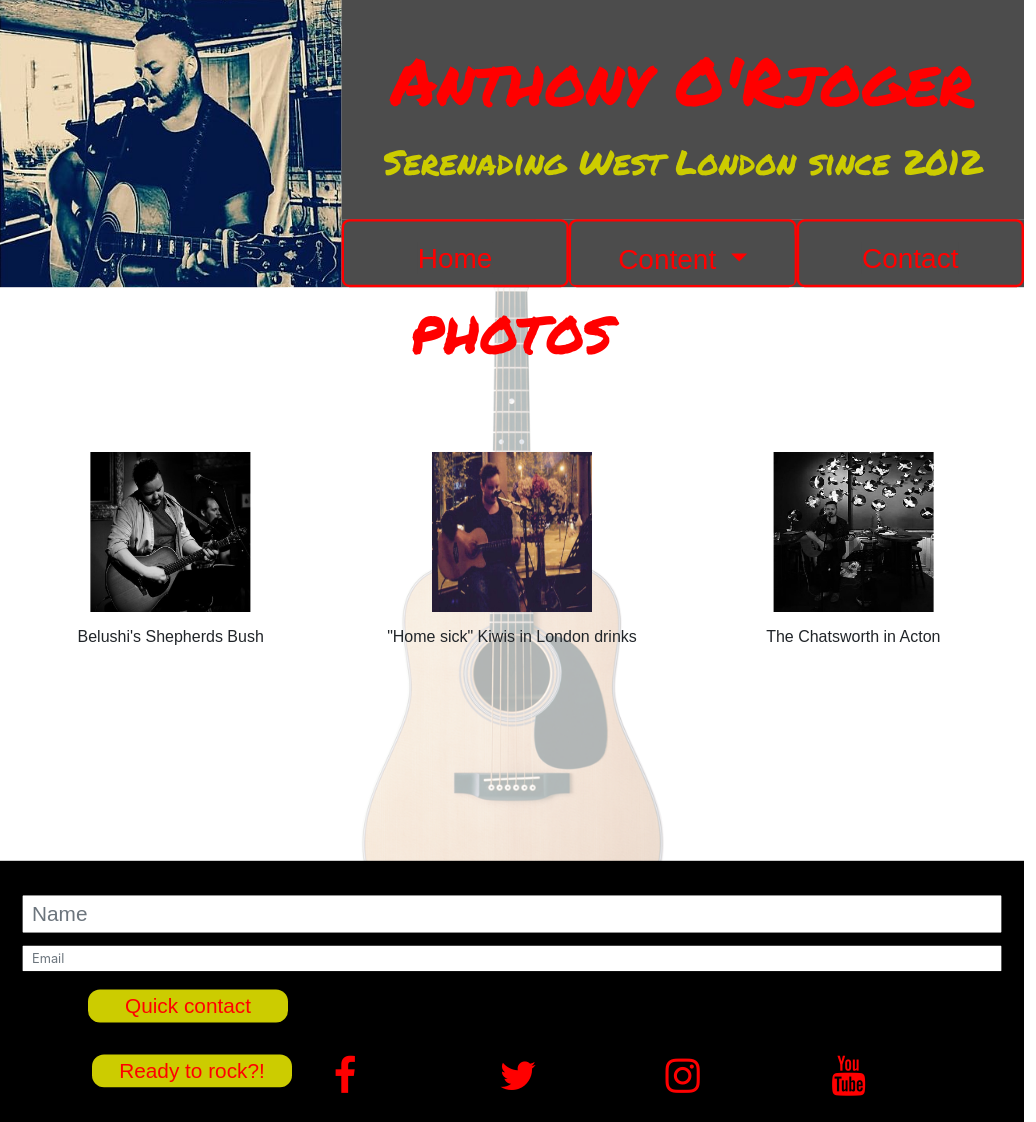
Repository: SimonGeorgeNZ/milestone_1
Page: photos.html
The author's editor kept a record of every edit. The page is drawn from the files as they stood at one moment, then again after the next edit.
The browser window is 1280 px wide. The page is 1295 px wide, so the pictures cover 1295 px, including what lies to the right of the window. The pictures show the whole page, at 80% of full size.
Some web fonts or font styles are not loaded; a fallback is used. Some web libraries are served in a nearby version.

Above is the page before.

After the next edit:
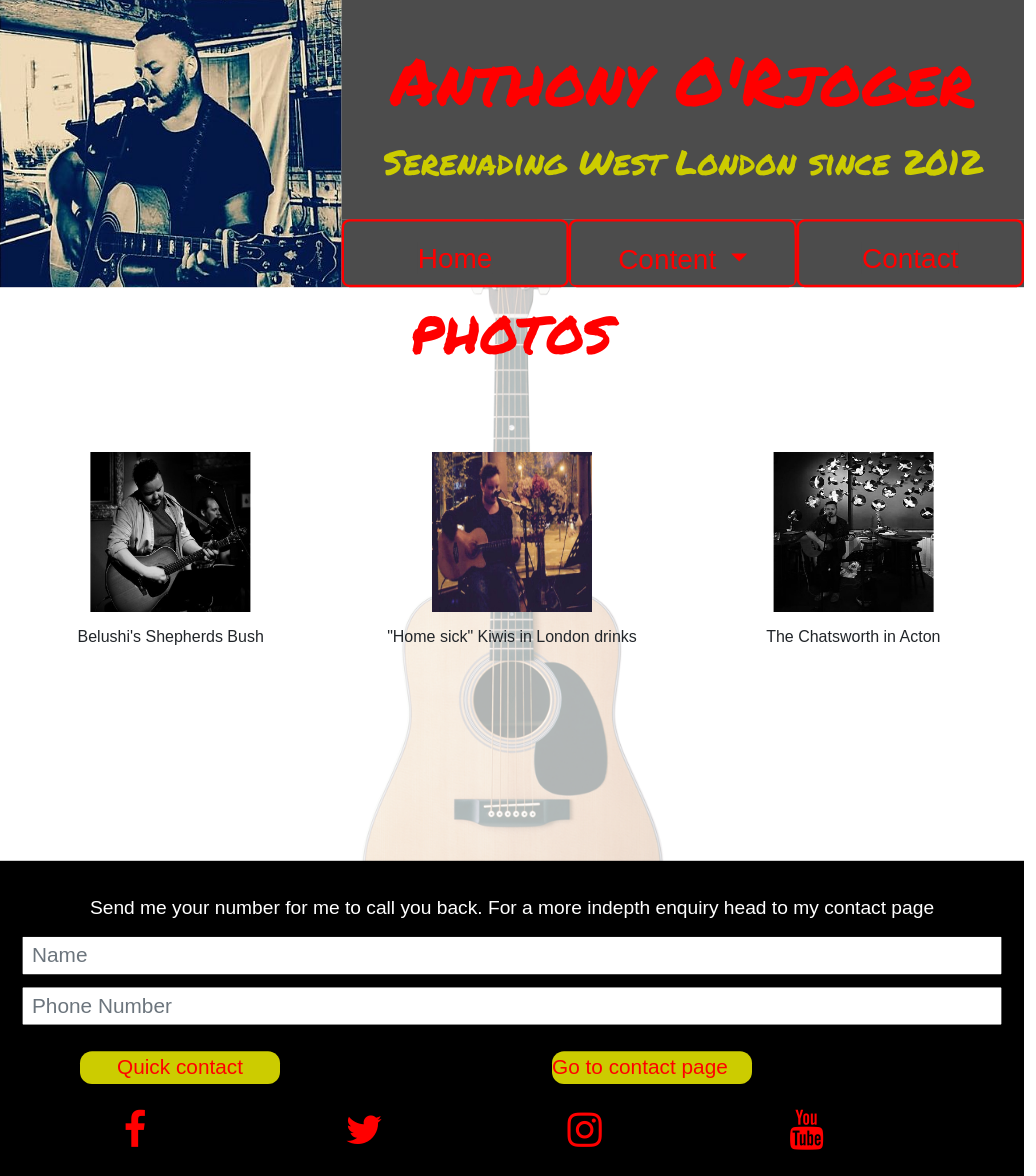
The edit:
--- a/photos.html
+++ b/photos.html
@@ -79,18 +79,20 @@
                 <form class="contact">
                     <div class="row no-gutters form">
                         <div class="col-12 contact">
+                            <div class="quickcontact" id="quickcontact">
+                                <p>Send me your number for me to call you back. For a more indepth enquiry head to my contact page</p>
+                            </div>
                             <input type="text" id="fullname" class="form-control" placeholder="Name" required />
-                            <input type="email" id="emailaddress" class="form-control" placeholder="Email" required />
-                        </div>
-                        <div class="row">
-                            <input class="submit" type="submit" value="Quick contact" data-toggle="modal" data-target="#thanks" />
-                            <input class="contactlink  d-block d-md-none" type="submit" value="Go to contact" data-toggle="modal" data-target="#thanks" />
+                            <input type="text" id="phonenumber" class="form-control" placeholder="Phone Number" required />
                         </div>
                     </div>
                 </form>
             </div>
         </div>
-        <input class="submit" type="submit" value="Ready to rock?!" data-toggle="modal" data-target="#thanks" />
+        <div class="row">
+            <input class="submit" type="submit" value="Quick contact" data-toggle="modal" data-target="#thanks" />
+            <a href="contact.html" class="contactlink"><i aria-hidden="true"></i><span>Go to contact page</span></a>
+        </div>
         <div class="container soclai-links-top">
             <div class="row no-gutters">
                 <div class="col-3">
